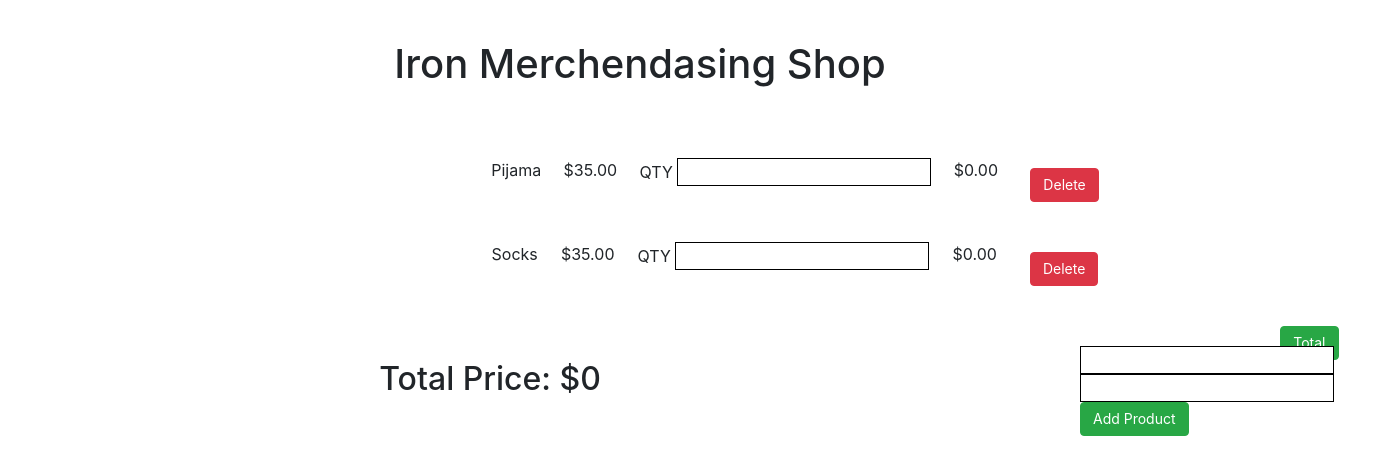
Repository: konstantin0s/lab-cart-DOM
Page: index.html
An editor plug-in stored every save of this project. The page is shown before and after the next save, followed by the edit.
The browser window is 1280 px wide. The page is 1380 px wide, then 1339 px, so the pictures cover 1380 px, including what lies to the right of the window. The pictures show the whole page.
Some web libraries are served in a nearby version.

Above is the page before, as saved 2019-02-04 09:47:23.
Console error: TypeError: Cannot set properties of null (setting 'onclick')

### index.html
<!DOCTYPE html>
<html lang="en">
<head>
  <meta charset="UTF-8">
  <meta name="viewport" content="width=device-width, initial-scale=1.0">
  <meta http-equiv="X-UA-Compatible" content="ie=edge">
  <link rel="stylesheet" href="https://cdnjs.cloudflare.com/ajax/libs/normalize/5.0.0/normalize.min.css">
  <link rel="stylesheet" href="./css/style.css">
  <link rel="stylesheet" href="https://stackpath.bootstrapcdn.com/bootstrap/4.2.1/css/bootstrap.min.css">
  <title>Ironhack cart</title>
</head>

<body>
  <h1  class="title">Iron Merchendasing Shop</h1>
<!--
  <div class="container mt-4" id="amess">
    <h1 class="display-4 text-center">
      <i class="fas fa-book-open text-primary"></i>
      My <span class="text-primary">Products</span>List
      </h1>
      <form action="" id="product-form">
        <div class="form-group">
          <label for="product">Product</label>
          <input id="newProd" class="form-control" type="text">
        </div>
        <div class="form-group">
          <label for="price">$:</label>
          <input id="newPrice" class="form-control" type="text">
        </div>
        <div class="form-group">
          <label for="quantity">QTY</label>
          <input id="newQty" class="form-control" type="text">
        </div>
        <input type="submit" value="Add Product"
          class="btn btn-primary btn-block">
     </form>
        <table class="table table-striped">
          <thead>
            <tr>
              <th>Product:</th>
              <th class="fPrice">Price:</th>
              <th class="fQua">Quantity:</th>
              <th class="fTotal">Total:</th>
              <th></th>
            </tr>
          </thead>
            <tbody id="product-list"></tbody>
          </table>
  </div>   -->


  <div id="container">
       <div class="product">
        <div class="name">
          <span>Pijama</span>
        </div>
        <div class="price">
          $<span>35.00</span>
        </div>
        <div>
          <label>QTY</label>
          <input type="number" name="quantity" class="quantity">
        </div>
        <div class="totalP">
          $<span>0.00</span>
        </div>
        <div class="remove">
            <button class="button btn-danger" type="button">Delete</button>
        </div>
      </div>

      <div class="product">
          <div class="name">
            <span>Socks</span>
          </div>
          <div class="price">
            $<span>35.00</span>
          </div>
          <div>
            <label>QTY</label>
            <input type="number" name="quantity" class="quantity">
          </div>
          <div class="totalP">
            $<span>0.00</span>
          </div>
          <div class="remove" id="remove">
              <button class="button btn-danger" type="button">Delete</button>
          </div>
        </div>

     <div>
    <!--Ouside container-->
     <form action="" id="addNewProd">
       <input type="text" name="product" id="newProd">
       <input type="text" name="price" id="newPrice">
       <button type="submit" class="button btn-success" id="addExtra">Add Product</button>
     </form>

     <div class="addBC-container">
      <div class="calculate">
         <button type="button" class="button btn-success" id="calc-prices-button">Total</button>
      </div>

    <!-- <div class="addPBtn">
      <button type="button" class="button btn-success" id="addExtra">Add Product</button>
    </div> -->

    <h2 id="cart-total-price">
      Total Price: $<span>0</span>
    </h2>

    </div>



      <script type="text/javascript" src="./js/index.js"></script>

</body>
</html>

### css/style.css

body{
  overflow-x: hidden;
  z-index: 1000;
}

.title {
  text-align: center;
  padding: 40px;
}

.container {
  display: flex;
  flex-direction: row;
}

input {
  border: solid 1px black;
}

.product {
  display: flex;
  flex-direction: row;
  justify-content: space-around;
  width: 50%;
  margin: 30px 0 0 480px;
}

.button {
  display: inline-block;
  padding: 6px 12px;
  margin-bottom: 0;
  font-size: 14px;
  font-weight: 400;
  line-height: 1.42857143;
  text-align: center;
  white-space: nowrap;
  vertical-align: middle;
  -ms-touch-action: manipulation;
  touch-action: manipulation;
  cursor: pointer;
  -webkit-user-select: none;
  -moz-user-select: none;
  -ms-user-select: none;
  user-select: none;
  background-image: none;
  border: 1px solid transparent;
  border-radius: 4px;
}

.btn-success {
    color: #fff;
    background-color: #5cb85c;
    border-color: #4cae4c;
}

.cost-1 {
  margin: 10px;

}

.input {
  margin: 10px;
}

.totalP-1 {
  margin: 10px;
}



/* add total & product container */
.addBC-container {
    display: flex;
    flex-direction: column;
    margin:20px 0 20px 0;
}

/* Add new product button*/
.addPBtn {
  margin:10px 0 0 1280px;
  display: flex;
  flex-direction: column;
  width: 6%;
}

#cart-total-price {
  display: flex;
  justify-content: center;
}

/* total button*/
.calculate {
  margin:10px 0 0 1280px;
  display: flex;
  flex-direction: column;
  width: 6%;
}

.remove {
  margin: 10px;
}

.btn-danger {
    color: #fff;
    background-color: #CF000F;
    border-color: #CF000F;
}


.newPrice {
  position: relative;;
  top: 200px;
  left: 100px;
}

.prices .newPrice {
  position: relative;;
  top: 200px;
  left: 100px;
}

/* .quantity {
  margin: 0px 5px;
  height: 30px;
} */

#addNewProd {
  /* display: flex;
  flex-direction: column;
  justify-content: center; */
  position: relative;
  float: right;
  left: 100px;
  top: 30px;
  width: 300px;
}
/*
 .newRowItems .quan {
  position: relative;
  top: -130px;
  left: 460px;
}

 .newRowItems input{
  position: relative;
  top: -91px;
  left: 190px;
 }


 .newRowItems .inputQua{
  position: relative;
  top: -80px;
  left: 380px;
 }

  .newRowItems .defPrice{
  position: relative;
  top: -210px;
  left: 845px;
 } */ */

 /* style new added new products*/
 /* #amess {
   display:flex;
   width:50%;
   height: 500px;
   flex-direction: column;
   /* align-items: center; */
   /* margin-bottom: 300px;
   left: -400px;
 } */

/*
.newRowItems button {
  position: relative;
  top: -253px;
  left: 890px;
  width: 70px;
  display: inline-block;
  padding: 6px 12px;
  margin-bottom: 0;
  font-size: 14px;
  font-weight: 400;
  line-height: 1.42857143;
  text-align: center;
  white-space: nowrap;
  vertical-align: middle;
  -ms-touch-action: manipulation;
  touch-action: manipulation;
  cursor: pointer;
  -webkit-user-select: none;
  -moz-user-select: none;
  -ms-user-select: none;
  user-select: none;
  background-image: none;
  border: 1px solid transparent;
  border-radius: 4px;

} */

### js/index.js



  // document.getElementById("addExtra").addEventListener("click", createNewItemRow);
  // document.getElementById("addExtra").addEventListener("click", createQuantityNode);
  // document.getElementById("addExtra").addEventListener("click", createQuantityInput);
  // document.getElementById("addExtra").addEventListener("click", getPriceByProduct);
  // document.getElementById("addExtra").addEventListener("click",   createDeleteButton);
  // document.getElementById("calc-prices-button").addEventListener("click", calculatePriceProducts);



var prodList = document.querySelector('#container');
prodList.addEventListener("click", deleteItem);

function deleteItem(e){
 if (e.target.classList.contains("btn-danger")) {
    if (confirm("Are you sure?")) {

      //removes the product div (which is parent of remove div and remove div is parent of btn-danger)
      var prod = e.target.parentElement.parentElement.remove();
      console.log(prod);
     }

    }

}


function getPriceByProduct(itemNode){
  // var h5 = document.createElement("H5");                       // Create a <p> element
  // itemNode = document.createTextNode("$0 ");
  // h5.className = 'defPrice';     // Create a text node
  // h5.appendChild(itemNode);                                          // Append the text to <p>
  // document.getElementsByClassName("newRowItems")[0].appendChild(h5);
}


function updatePriceByProduct(productPrice, index){

}



function getTotalPrice() {  //works individual products
  var products = document.getElementsByClassName("product");
  var cartTotalPrice = document.querySelector("#cart-total-price span"); //update dinamic on each input.
  cartTotalPrice.innerText = 0;


  for (var i = 0; i < products.length; i++) {
   products[i].querySelector(".totalP span").innerText =
   Number(Number(products[i].querySelector(".price span").innerText) *
    Number(products[i].querySelector(".quantity").value));

   cartTotalPrice.innerText = Number(cartTotalPrice.innerText) +
   Number(products[i].querySelector(".totalP span").innerText);
  }
}







function createQuantityInput() {
// var label = document.createElement("LABEL");
// label.className = 'inputQua';
// var quaInput = document.createElement("INPUT");
// label.appendChild(quaInput);
// document.getElementsByClassName('newRowItems')[0].appendChild(label);
}

function createDeleteButton(){
// var button = document.createElement("BUTTON");
// button.className = 'button btn-delete';
// var quaDel = document.createTextNode("Delete");
// button.appendChild(quaDel);
// document.getElementsByClassName('newRowItems')[0].appendChild(button);
}

function createQuantityNode(){
  // var h5 = document.createElement("H5");
  // h5.className = 'quan';                       // Create a <p> element
  // var quaNode = document.createTextNode("Quantity: ");      // Create a text node
  // h5.appendChild(quaNode);                                          // Append the text to <p>
  // document.getElementsByClassName("newRowItems")[0].appendChild(h5);
}

function createItemNode(dataType, itemData){

}

  //Form submit event
var form = document.querySelector("#addNewProd");
form.addEventListener("submit", createNewItemRow);
//add new product here
var prodList = document.querySelector("#container");
//get new product value

function createNewItemRow(e){
  e.preventDefault();
  //get new product value
  var newProd = document.getElementById("newProd").value;
  var newPr = document.getElementById("newPrice").value;

  //new div & span product name
  var div = document.createElement("div");
  div.className = "product";
  var span = document.createElement("span");

  //append new product to new span
  span.appendChild(document.createTextNode(newProd));
  div.appendChild(span);


 //new div & span product name
 var divPrice = document.createElement("div");
 divPrice.className = "price";
 var spanPrice = document.createElement("span");
//  spanPrice.className = "newPrice";
//  console.log(spanPrice);
 divPrice.appendChild(spanPrice);
 console.log(divPrice);
 console.log(spanPrice);
 //append new product to new span
 spanPrice.appendChild(document.createTextNode(newPr));

  // var divQua = document.createElement("div");
  // var quaSpan = document.createElement("input");
  // divQua.appendChild(quaSpan);

  // var divDel = document.createElement("div");
  // divDel.className = "remove";
  // var deleteBtn = document.createElement("button");
  // deleteBtn.className ="button btn-danger";
  // deleteBtn.appendChild(document.createTextNode("Delete"));
  // divDel.appendChild(deleteBtn);


  //add new product to the div container
   prodList.appendChild(div);
   console.log(prodList);




  // var h5 = document.createElement("H5");                       // Create a <p> element
  // itemName = document.createTextNode("Sexy Shirt: ");
  // h5.className = 'sexy';     // Create a text node
  // h5.appendChild(itemName);                                          // Append the text to <p>
  // document.getElementsByClassName("newRowItems")[0].appendChild(h5);

  // var label = document.createElement("LABEL");
  // var par = document.createElement("P");                       // Create a <p> element
  // var dollar = document.createTextNode("$");
  // par.appendChild(dollar);
  // itemUnitPrice = document.createElement("INPUT");
  // label.appendChild(itemUnitPrice);
  // document.getElementsByClassName('newRowItems')[0].appendChild(par);
  // document.getElementsByClassName('newRowItems')[0].appendChild(label);

}

function createNewItem(){

}

window.onload = function(){
  var calculatePriceButton = document.getElementById('calc-prices-button');
  var createItemButton = document.getElementById('new-item-create');
  var deleteButtons = document.getElementsByClassName('btn-delete');

  calculatePriceButton.onclick = getTotalPrice;
  createItemButton.onclick = createNewItem;

  for(var i = 0; i<deleteButtons.length ; i++){
    deleteButtons[i].onclick = deleteItem;
  }
};




// class Product {
//   constructor(name, price, quantity) {
//     this.name = name;
//     this.price = price;
//     this.quantity = quantity;
//   }
// }

// //local storage
// class Store {
//   static getProducts() {
//     var products;
//     if (localStorage.getItem('products') === null) {
//       products = [];
//     } else {
//       products = JSON.parse(localStorage.getItem('products'));
//     }

//     return products;
//   }

//   static addProduct(product) {
//      var products = Store.getProducts();
//        products.push(product);
//        localStorage.setItem('products', JSON.stringify(products));
//   }

//   static removeProduct(quantity) {
//     var products = Store.getProducts();
//     products.forEach((product, index) => {
//       if (product.quantity === quantity) {
//         products.splice(index, 1);
//       }
//     });

//     localStorage.setItem('products', JSON.stringify(products));

//   }
// }

// class UI {
//   static displayProducts() {

//      const products = Store.getProducts();

//      products.forEach((product) => UI.addProductToList(product));

//      }
//      static addProductToList(product) {
//       var list = document.querySelector("#product-list");
//       var  row = document.createElement("TR");
//       row.innerHTML = `
//       <td>${product.name}</td>
//       <td>${product.price}</td>
//       <td>${product.quantity}</td>
//       <td><a href="#" class="btn btn-danger btn-sm
//        delete">X</a></td>
//      `;

//       list.appendChild(row);
//   }

//   static deleteProduct(el) {
//     if (el.classList.contains("delete")) {
//         el.parentElement.parentElement.remove(); // deletes tr
//     }
//   }

//   static showAlert(message, className) {
//   var div = document.createElement('div');
//      div.className = `alert alert-${className}`;
//      div.appendChild(document.createTextNode(message));
//      var container = document.querySelector('#amess');
//      var form = document.querySelector('#product-form');
//      container.insertBefore(div, form);
//      setTimeout(() => document.querySelector('.alert').remove(), 3000);
//   }

//   static clearFields() {
//     const name = document.querySelector("#newProd").value = "";
//     const price = document.querySelector("#newPrice").value = "";
//     const quantity = document.querySelector("#newQty").value = "";
//   }
// }


// document.addEventListener("DOMContentLoaded", UI.displayProducts);

// document.querySelector("#product-form").addEventListener("submit", (e) => {
//   // e.preventDefault();
//   const name = document.querySelector("#newProd").value;
//   const price = document.querySelector("#newPrice").value;
//   const quantity = document.querySelector("#newQty").value;

//   //validate
//   if (name === '' || price === '' || quantity === '') {
//     UI.showAlert('please fill in all fields', 'danger');
//   } else {
//     const product = new Product(name, price, quantity);

//     UI.addProductToList(product);

//     //add product to Store
//     Store.addProduct(product);

//     UI.clearFields();
//   }


// });

// //delete product
// document.querySelector("#product-list").addEventListener("click", (e) => {
//   UI.deleteProduct(e.target);

//   //remove product from store
// Store.removeProduct(e.target.parentElement.previousElementSibling.textContent);

// });

After the next save:
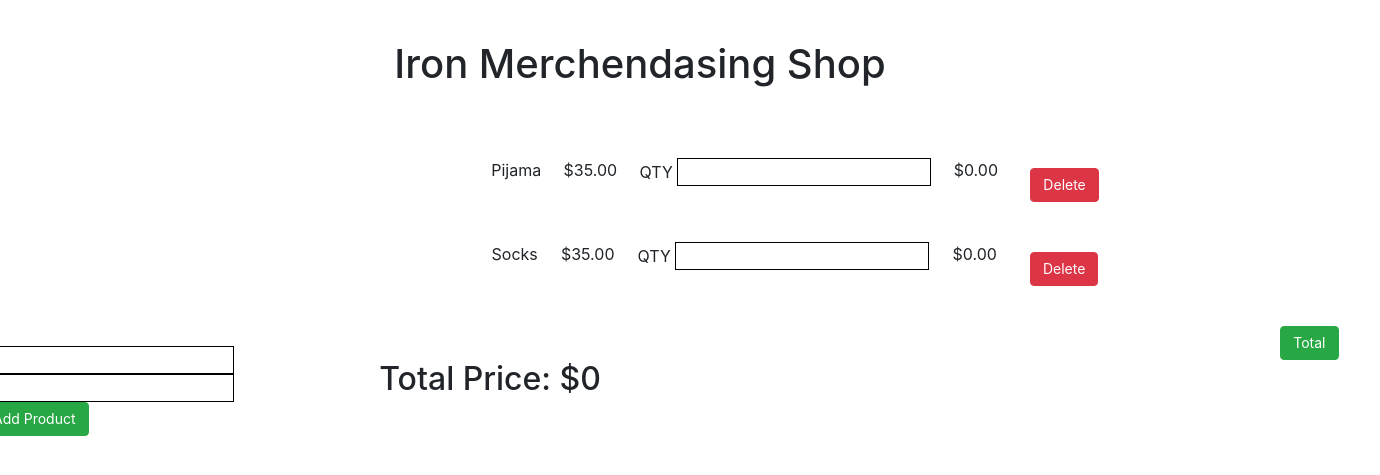
Saved 4 s later.
--- a/css/style.css
+++ b/css/style.css
@@ -131,7 +131,7 @@ input {
   justify-content: center; */
   position: relative;
   float: right;
-  left: 100px;
+  left: -1000px;
   top: 30px;
   width: 300px;
 }
